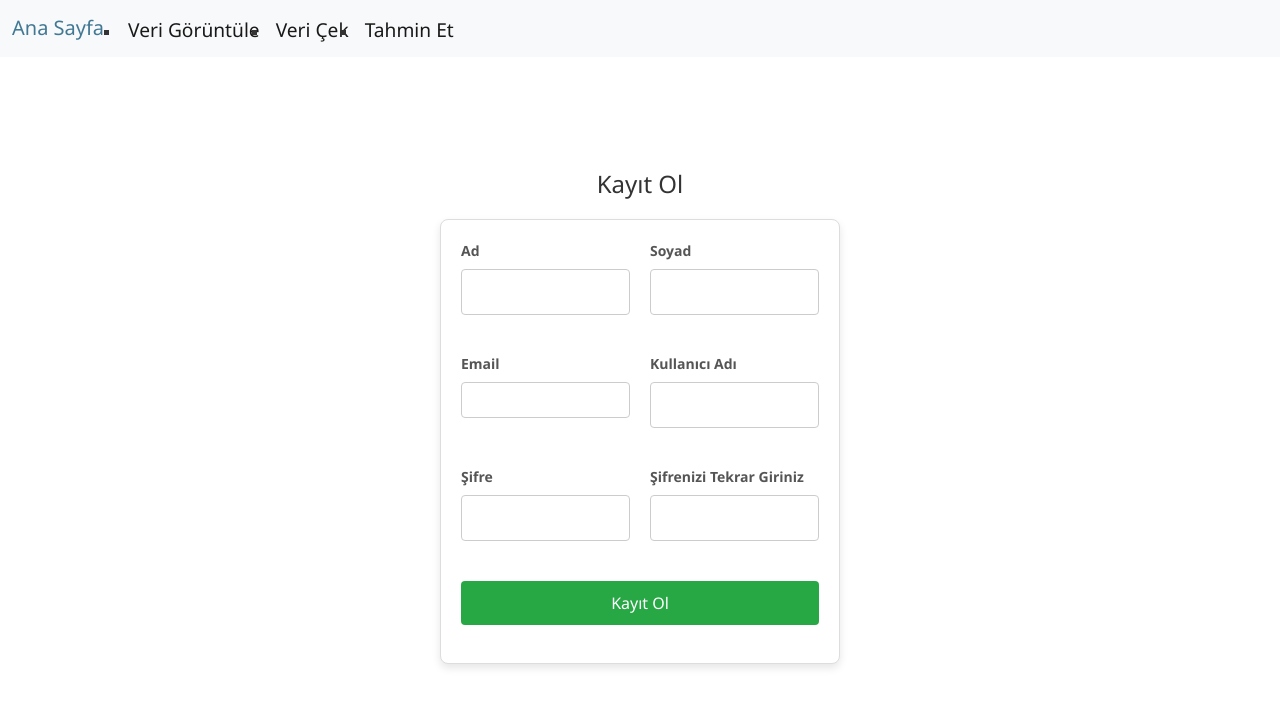
Repository: keremtanil/football_match_result_prediction
Page: http://localhost/account/register
The author's editor kept a copy of each file at every save. The page is drawn from the files as they stood at one save, then again after the next save.
The browser window is 1280 px wide. The pictures show the whole page.
The page is served by the project's application, run on Django 3.2 (blogapp/manage.py). Other server files are loaded and not shown.

Above is the page before, as saved 2025-01-06 20:04:56.

### blogapp/account/templates/account/register.html
{% extends "base.html" %}
{% load static %}
{% block css_files %}
    <link rel="stylesheet" href="{% static 'account/css/style.css' %}">
{% endblock %}

{% block content %}
<div class="container mt-3">
    <div class="col">
        <h1>Kayıt Ol</h1>
        <form  method="POST">
            {% csrf_token %}
            {% if error %}
                <div class="alert alert-danger">
                    {{error}}
                </div>
            {% endif %}
            <div class="form-row">
                <div class="mb-3">
                    <label for="name" class="form-label">Ad</label>
                    <input type="text" class="form-control" name="name">
                </div>
                <div class="mb-3">
                    <label for="surname" class="form-label">Soyad</label>
                    <input type="text" class="form-control" name="surname">
                </div>
            </div>
            <div class="form-row">
                <div class="mb-3">
                    <label for="email" class="form-label">Email</label>
                    <input type="email" class="form-control" name="email">
                </div>
                <div class="mb-3">
                    <label for="username" class="form-label">Kullanıcı Adı</label>
                    <input type="text" class="form-control" name="username">
                </div>
            </div>
            <div class="form-row">
                <div class="mb-3">
                    <label for="password" class="form-label">Şifre</label>
                    <input type="password" class="form-control" name="password">
                </div>
                <div class="mb-3">
                    <label for="repassword" class="form-label">Şifrenizi Tekrar Giriniz</label>
                    <input type="password" class="form-control" name="repassword">
                </div>
            </div>
            <div class="mb-3">
                <input type="submit" value="Kayıt Ol" class="btn btn-success">
            </div>
        </form>
    </div>
</div>
{% endblock %}

### blogapp/templates/base.html
{% load static %}
<!DOCTYPE html>
<html lang="tr">
<head>
    <meta charset="UTF-8">
    <meta http-equiv="X-UA-Compatible" content="IE=edge">
    <meta name="viewport" content="width=device-width, initial-scale=1.0">
    <link href="https://cdn.jsdelivr.net/npm/bootstrap@5.2.3/dist/css/bootstrap.min.css" rel="stylesheet" integrity="sha384-rbsA2VBKQhggwzxH7pPCaAqO46MgnOM80zW1RWuH61DGLwZJEdK2Kadq2F9CUG65" crossorigin="anonymous">
    <link rel="stylesheet" href="{% static 'css/base.css' %}">
    {% block css_files %} {% endblock %}
    <title>Document</title>
</head>
<body>
    <nav class="navbar navbar-expand-lg bg-light">
    <div class="container-fluid">
        <a class="navbar-brand large-text" href="{% url 'home' %}">Ana Sayfa</a>
        <button class="navbar-toggler" type="button" data-bs-toggle="collapse" data-bs-target="#navbarNav" aria-controls="navbarNav" aria-expanded="false" aria-label="Toggle navigation">
        <span class="navbar-toggler-icon"></span>
        </button>
        <div class="collapse navbar-collapse" id="navbarNav">
        <ul class="navbar-nav">
            <li class="nav-item">
            <a class="nav-link active" aria-current="page" href="{% url 'collect' %}" style="font-size: 1.2rem;">Veri Görüntüle</a>
            </li>
            <li class="nav-item">
            <a class="nav-link active" href="{% url 'live' %}" style="font-size: 1.2rem;">Veri Çek</a>
            </li>
            <li class="nav-item">
            <a class="nav-link active" href="{% url 'predict' %}" style="font-size: 1.2rem;">Tahmin Et</a>
            </li>
        </ul>
        <ul class="navbar-nav ms-auto">
            {% if user.is_authenticated %}
            <li class="nav-item">
            <a class="nav-link active" href="{% url 'login' %}" style="font-size: 1.2rem;">Giriş Yap</a>
            </li>
            <li class="nav-item">
                <a class="nav-link active" href="{% url 'register' %}" style="font-size: 1.2rem;">Kayıt Ol</a>
            </li>
            <li class="nav-item">
            <a class="nav-link active" href="{% url 'logout' %}" style="font-size: 1.2rem;">Çıkış Yap</a>
            </li>
            {%endif%}
        </ul>
        </div>
    </div>
    </nav>
    {% block content %}{% endblock %}
    <script src="https://cdn.jsdelivr.net/npm/bootstrap@5.2.3/dist/js/bootstrap.bundle.min.js" integrity="sha384-kenU1KFdBIe4zVF0s0G1M5b4hcpxyD9F7jL+jjXkk+Q2h455rYXK/7HAuoJl+0I4" crossorigin="anonymous"></script>
</body>
</html>

### blogapp/account/views.py
from django.shortcuts import render,redirect
from django.contrib.auth import authenticate

def login(request):
    if request.method == "POST":
        username = request.POST["username"]
        password = request.POST["password"]

        user = authenticate(request, username=username, password=password)

        if user is not None:
            login(request, user)
            return redirect("home")
        else:
            return render(request, "account/login.html", {
                "error": "Kullanıcı adı ya da şifre yanlış"
            })
    return render(request, "account/login.html")
def register(request):
    return render(request, "account/register.html")
def logout(request):
    return redirect("home")

### blogapp/blogapp/urls.py
"""blogapp URL Configuration

The `urlpatterns` list routes URLs to views. For more information please see:
    https://docs.djangoproject.com/en/3.2/topics/http/urls/
Examples:
Function views
    1. Add an import:  from my_app import views
    2. Add a URL to urlpatterns:  path('', views.home, name='home')
Class-based views
    1. Add an import:  from other_app.views import Home
    2. Add a URL to urlpatterns:  path('', Home.as_view(), name='home')
Including another URLconf
    1. Import the include() function: from django.urls import include, path
    2. Add a URL to urlpatterns:  path('blog/', include('blog.urls'))
"""
from django.contrib import admin
from django.urls import path, include

urlpatterns = [
    path('admin/', admin.site.urls),
    path('', include('blog.urls')),
    path('account/', include('account.urls'))
]

### blogapp/blog/urls.py
from django.urls import path
from . import views
urlpatterns = [
    path("", views.index, name="home"),
    path("index", views.index),
    path("collect_data", views.collect_data, name="collect"),
    path("predict", views.predict, name="predict"),
    path("live_collect_data/", views.live_collect_data, name="live"),
]

### blogapp/account/urls.py
from django.urls import path
from . import views

urlpatterns = [
    path("login", views.login , name="login"),
    path("register", views.register , name="register"),
    path("logout", views.logout , name="logout"),
]

### blogapp/account/static/account/css/style.css
html, body {
    margin: 0 ; /* Varsayılan marjinleri devre dışı bırak */
    padding: 0 ;
    height: 100% ; /* Tam yüksekliği zorunlu kıl */
    overflow: hidden; /* Kaydırmayı engelle */
}
form {
    max-width: 400px; /* Form genişliğini sınırlayın */
    margin: 0 auto; /* Ortala */
    padding: 20px; /* İç boşluk ekle */
    border: 1px solid #ddd; /* Hafif bir çerçeve ekle */
    border-radius: 8px; /* Yuvarlatılmış köşeler */
    box-shadow: 0 4px 8px rgba(0, 0, 0, 0.1); /* Hafif bir gölge */
    background-color: #fff; /* Beyaz arka plan */
}
/* Form Row Stilleri */
.form-row {
    display: flex; /* Satırda yan yana hizalama */
    gap: 20px; /* Elemanlar arası boşluk */
    margin-bottom: 20px; /* Alt boşluk */
}

/* Yan yana inputların aynı genişlikte olmasını sağlar */
.form-row .mb-3 {
    flex: 1; /* Esnek genişlik */
}

/* Küçük ekranlarda alt alta hizalama */
@media (max-width: 768px) {
    .form-row {
        flex-direction: column; /* Küçük ekranlar için alt alta */
    }
}
/* Başlık Stili */
h1 {
    text-align: center; /* Ortala */
    font-size: 24px; /* Yazı boyutu */
    color: #333; /* Yazı rengi */
    margin-bottom: 20px; /* Alt boşluk */
}

/* Input Alanları */
input[type="text"],
input[type="password"] {
    font-size: 16px; /* Yazı boyutu */
    padding: 10px; /* İç boşluk */
    border: 1px solid #ccc; /* Çerçeve rengi */
    border-radius: 4px; /* Yuvarlatılmış köşeler */
    width: 100%; /* Genişliği kapsasın */
    box-sizing: border-box; /* Çerçeve ve padding hesaba dahil */
}

/* Submit Butonu */
input[type="submit"] {
    width: 100%; /* Genişliği kapsasın */
    padding: 10px; /* İç boşluk */
    background-color: #28a745; /* Yeşil renk */
    color: #fff; /* Beyaz yazı */
    border: none; /* Çerçeve yok */
    border-radius: 4px; /* Yuvarlatılmış köşeler */
    cursor: pointer; /* El işareti */
    font-size: 16px; /* Yazı boyutu */
    transition: background-color 0.3s ease; /* Geçiş efekti */
}

input[type="submit"]:hover {
    background-color: #218838; /* Daha koyu yeşil */
}

/* Label Stilleri */
label {
    font-weight: bold; /* Kalın yazı */
    color: #555; /* Yazı rengi */
    margin-bottom: 5px; /* Alt boşluk */
    display: block; /* Yeni satır */
}

/* Form Altındaki Boşluklar */
.mb-3 {
    margin-bottom: 20px; /* Daha geniş boşluk */
}

/* Form Konteyneri */
.container {
    margin-top: 0px !important; /* Üst boşluk */
    display: flex;
    justify-content: center;
    align-items: center;
    min-height: 100vh; /* Sayfanın tamamını kapsasın */
}

Loaded but not shown: blogapp/staticfiles/admin/css/base.css (common file)

After the next save:
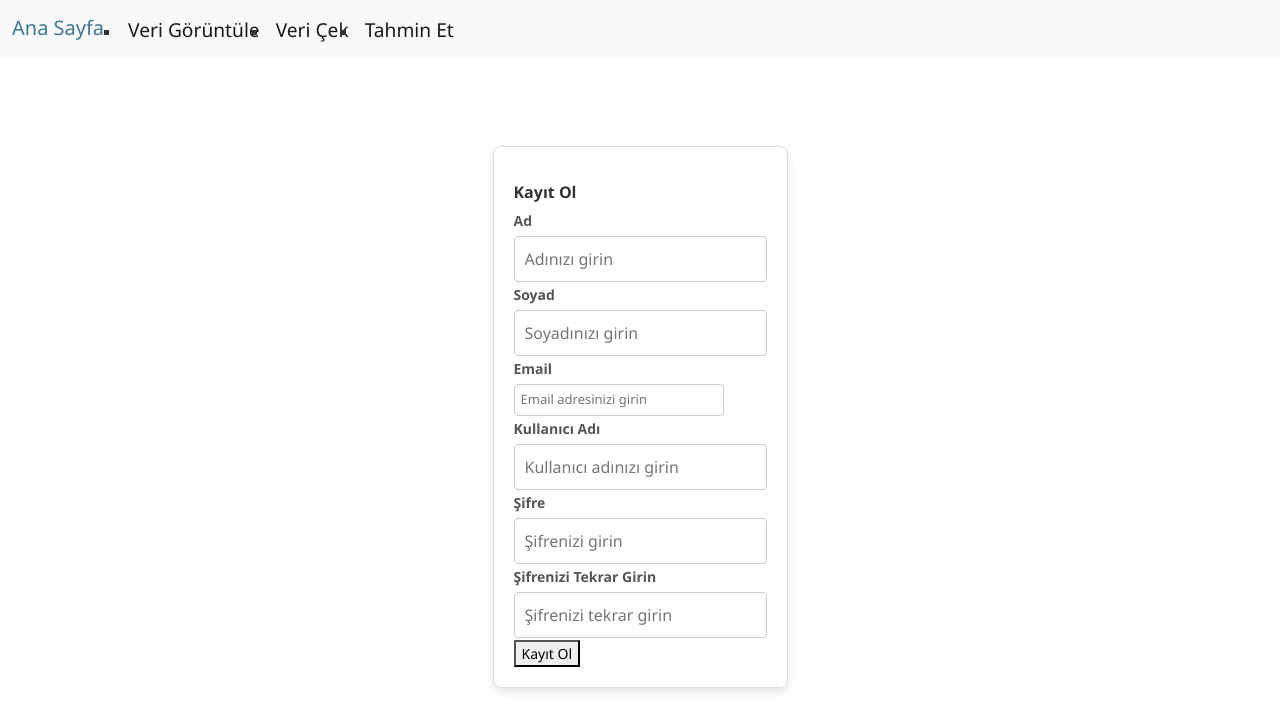
Saved 41 s later.
--- a/blogapp/account/templates/account/register.html
+++ b/blogapp/account/templates/account/register.html
@@ -6,49 +6,34 @@
 
 {% block content %}
 <div class="container mt-3">
-    <div class="col">
-        <h1>Kayıt Ol</h1>
-        <form  method="POST">
-            {% csrf_token %}
-            {% if error %}
-                <div class="alert alert-danger">
-                    {{error}}
-                </div>
-            {% endif %}
-            <div class="form-row">
-                <div class="mb-3">
-                    <label for="name" class="form-label">Ad</label>
-                    <input type="text" class="form-control" name="name">
-                </div>
-                <div class="mb-3">
-                    <label for="surname" class="form-label">Soyad</label>
-                    <input type="text" class="form-control" name="surname">
-                </div>
-            </div>
-            <div class="form-row">
-                <div class="mb-3">
-                    <label for="email" class="form-label">Email</label>
-                    <input type="email" class="form-control" name="email">
-                </div>
-                <div class="mb-3">
-                    <label for="username" class="form-label">Kullanıcı Adı</label>
-                    <input type="text" class="form-control" name="username">
-                </div>
-            </div>
-            <div class="form-row">
-                <div class="mb-3">
-                    <label for="password" class="form-label">Şifre</label>
-                    <input type="password" class="form-control" name="password">
-                </div>
-                <div class="mb-3">
-                    <label for="repassword" class="form-label">Şifrenizi Tekrar Giriniz</label>
-                    <input type="password" class="form-control" name="repassword">
-                </div>
-            </div>
-            <div class="mb-3">
-                <input type="submit" value="Kayıt Ol" class="btn btn-success">
-            </div>
-        </form>
-    </div>
+    <form>
+        <h2>Kayıt Ol</h2>
+        <div>
+            <label for="name">Ad</label>
+            <input type="text" id="name" placeholder="Adınızı girin">
+        </div>
+        <div>
+            <label for="surname">Soyad</label>
+            <input type="text" id="surname" placeholder="Soyadınızı girin">
+        </div>
+        <div>
+            <label for="email">Email</label>
+            <input type="email" id="email" placeholder="Email adresinizi girin">
+        </div>
+        <div>
+            <label for="username">Kullanıcı Adı</label>
+            <input type="text" id="username" placeholder="Kullanıcı adınızı girin">
+        </div>
+        <div>
+            <label for="password">Şifre</label>
+            <input type="password" id="password" placeholder="Şifrenizi girin">
+        </div>
+        <div>
+            <label for="repassword">Şifrenizi Tekrar Girin</label>
+            <input type="password" id="repassword" placeholder="Şifrenizi tekrar girin">
+        </div>
+        <button type="submit">Kayıt Ol</button>
+    </form>
+
 </div>
 {% endblock %}
